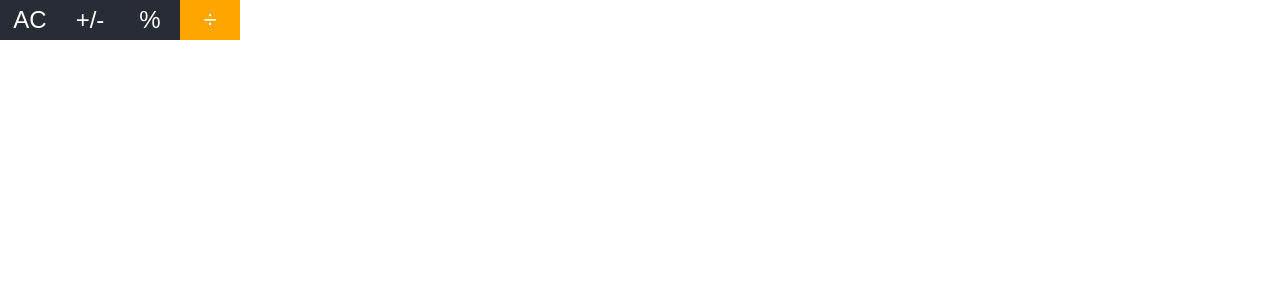
Repository: catsarenotreal/CalculatorWebApp
Page: /
An editor plug-in stored every save of this project. The page is shown before and after the next save, followed by the edit.
The browser window is 1280 px wide. The pictures show the whole page.
The project was rebuilt for these pictures with package versions that can differ from the ones it lists, and the page was loaded fresh each time.

Above is the page before, as saved 2024-08-22 15:06:36.

### src/App.tsx
import React from 'react';
// import logo from './logo.svg';
import './App.css';

type Props = {
  val : string;
  colour : 'orange'|'darkgrey'|'lightgrey';
}

function DisplayScreen(){ // changes on click for = sign
  return <></>;
}

function Buttons(props : Props){

  const val = props.val;
  const colour = props.colour;


  function handleClick(){

  }

  return <button className = {`Buttons ${colour}`} onClick = {handleClick}>
    {val}
  </button>
}

export default function Calc() {
  return (
    <main>
      <div className = "row">
        {/* <DisplayScreen> </DisplayScreen> */}
      </div>
      <div className = "row">
        <Buttons val={'AC'} colour = 'darkgrey'/>
        <Buttons val={'+/-'} colour = 'darkgrey'/>
        <Buttons val={'%'} colour = 'darkgrey'/ >
        <Buttons val={'÷'} colour = 'orange' />
      </div>
      <div>

      </div>
    </main>

  );
}

### src/App.css
.App {
  text-align: center;
}

:root{

  --greyBG: grey;
  --darkGreyBG: rgb(46, 46, 46);
  --orangeBG: orange;

  --bgColour: if ('grey') var(--greyBG) else var(--orangeBG)


}

.App-logo {
  height: 40vmin;
  pointer-events: none;
}


.App-header {
  background-color: #282c34;
  min-height: 100vh;
  display: flex;
  flex-direction: column;
  align-items: center;
  justify-content: center;
  font-size: calc(10px + 2vmin);
  color: white;
}

.App-link {
  color: #61dafb;
}


.DisplayScreen {
  background-color: rgb(24, 24, 24);
  text-align: right;
}

.Buttons {
  text-align: center;
  box-shadow: none;
  outline: none;
  border: none;
  font-size: 1.5rem;
  color: white;
  height: 40px;
  width: 60px;
}

.Buttons.orange{
  background-color: orange;
}

.Buttons.lightgrey{
  background-color: #797979;
}

.Buttons.darkgrey{
  background-color:#282c34;
}






@keyframes App-logo-spin {
  from {
    transform: rotate(0deg);
  }
  to {
    transform: rotate(360deg);
  }
}

Loaded but not shown: public/index.html (common file); src/index.tsx (common file); src/index.css (common file); src/reportWebVitals.ts (common file)

After the next save:
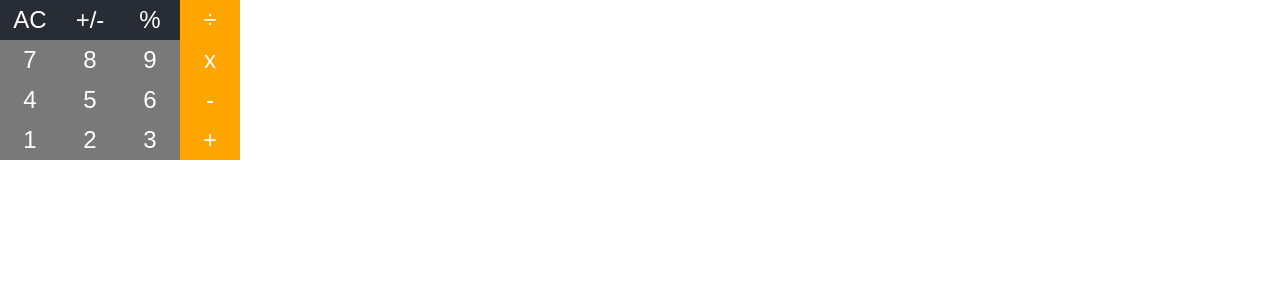
Saved 81 s later.
--- a/src/App.tsx
+++ b/src/App.tsx
@@ -38,8 +38,23 @@ export default function Calc() {
         <Buttons val={'%'} colour = 'darkgrey'/ >
         <Buttons val={'÷'} colour = 'orange' />
       </div>
-      <div>
-
+      <div className = "row">
+        <Buttons val={'7'} colour = 'lightgrey'/>
+        <Buttons val={'8'} colour = 'lightgrey'/>
+        <Buttons val={'9'} colour = 'lightgrey'/ >
+        <Buttons val={'x'} colour = 'orange' />
+      </div>
+      <div className = "row">
+        <Buttons val={'4'} colour = 'lightgrey'/>
+        <Buttons val={'5'} colour = 'lightgrey'/>
+        <Buttons val={'6'} colour = 'lightgrey'/ >
+        <Buttons val={'-'} colour = 'orange' />
+      </div>
+      <div className = "row">
+        <Buttons val={'1'} colour = 'lightgrey'/>
+        <Buttons val={'2'} colour = 'lightgrey'/>
+        <Buttons val={'3'} colour = 'lightgrey'/ >
+        <Buttons val={'+'} colour = 'orange' />
       </div>
     </main>
 
